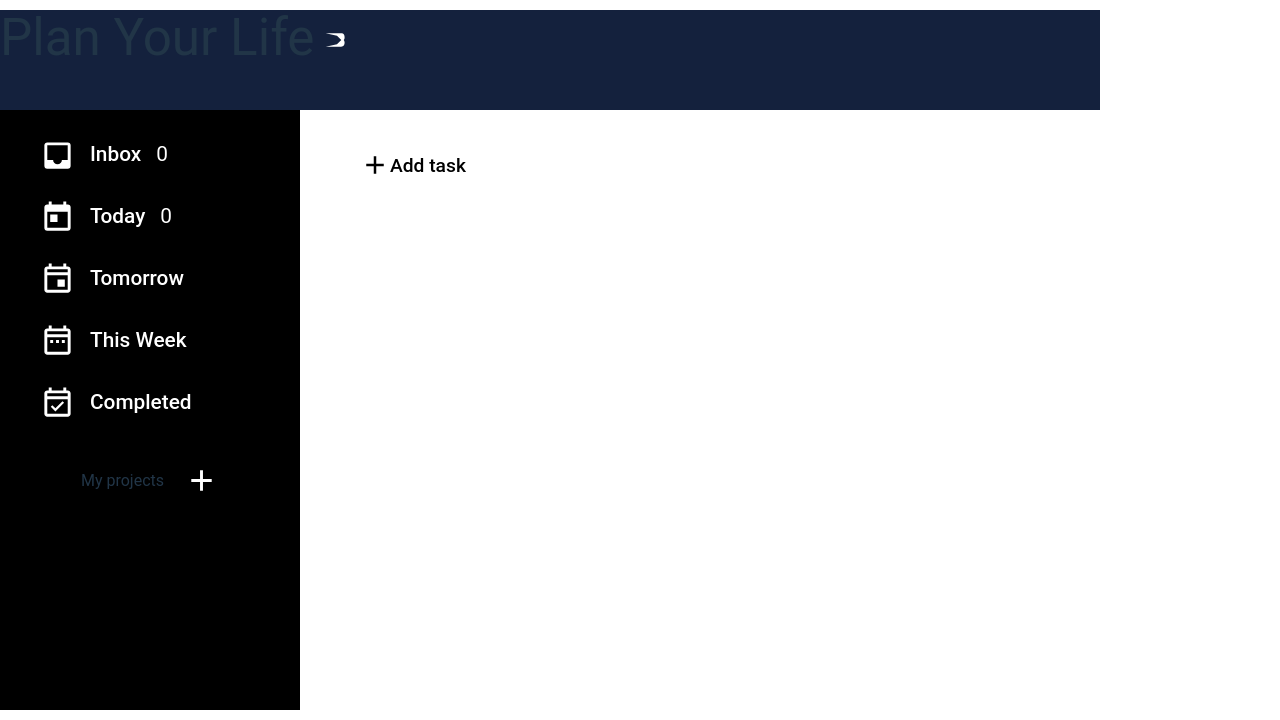
Repository: Bright-Anyawe/Todo_app_react
Page: /
An editor plug-in stored every save of this project. The page is shown before and after the next save, followed by the edit.
The browser window is 1280 px wide. The pictures show the whole page.
The project was rebuilt for these pictures with package versions that can differ from the ones it lists, and the page was loaded fresh each time. Also part of the build but not shown: vite.config.js, src/component/Routes/TodoDetails.jsx, src/component/Routes/Inbox.jsx, src/component/Routes/Today.jsx, src/component/Routes/Tomorrow.jsx, src/component/Routes/Project.jsx.

Above is the page before, as saved 2024-11-12 08:32:39.

After the next save:
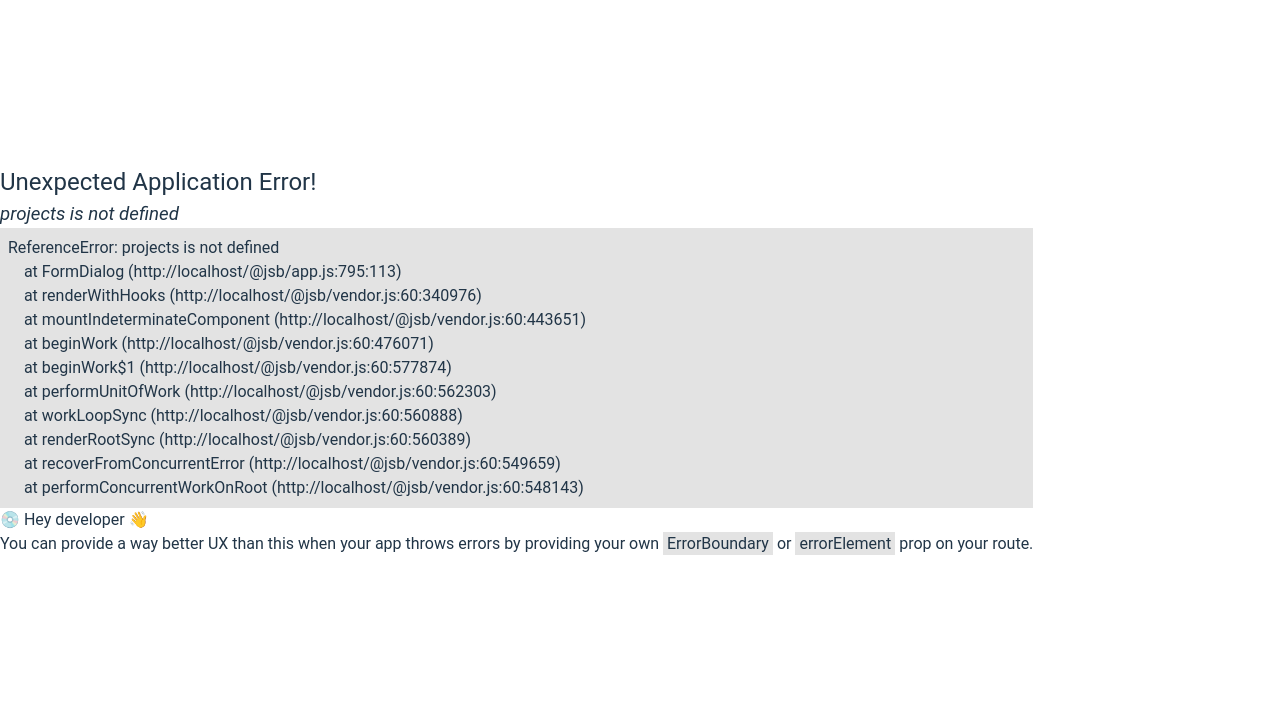
Console error: ReferenceError: projects is not defined
Saved 26 s later.
--- a/src/component/PopUp/Dialog.jsx
+++ b/src/component/PopUp/Dialog.jsx
@@ -185,7 +185,7 @@
 
           <FormControl fullWidth margin="dense" variant="standard">
             <InputLabel>Select Project</InputLabel>
-            <Select name="projects" value={priority} onChange={handleChange}>
+            <Select name="projects" value={projects} onChange={handleChange}>
               <MenuItem value="low">Low</MenuItem>
               <MenuItem value="normal">Normal</MenuItem>
               <MenuItem value="important">Important</MenuItem>
